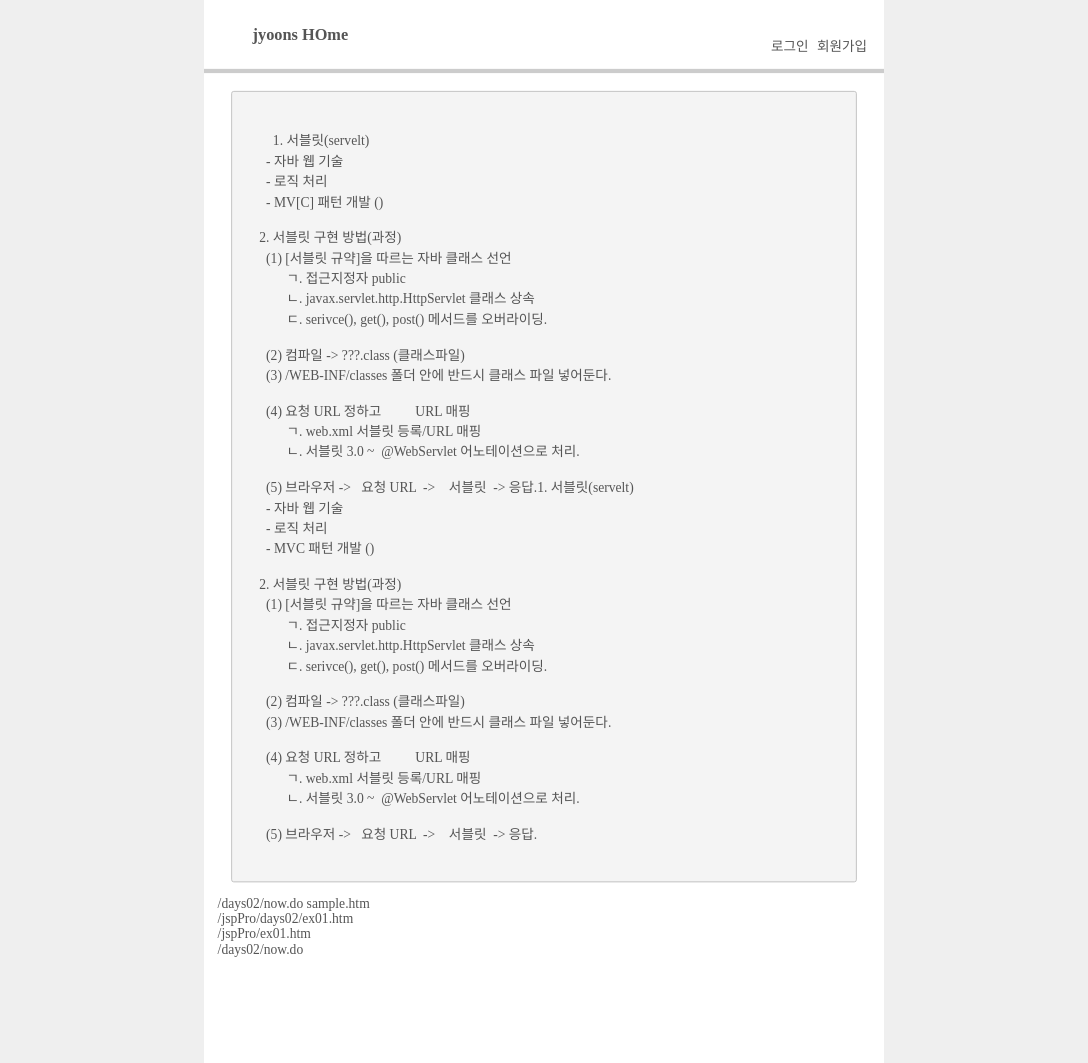
Repository: jyoons00/JSP-sample
Page: http://localhost/jspPro/days02/ex03.jsp
These files come from the project's save history. The page is drawn as it stood at one moment and after the next save; the edit follows.
The browser window is 1280 px wide. The pictures show the whole page, at 85% of full size.
Some web fonts or font styles are not loaded; a fallback is used. The page is served by Tomcat 9.

Above is the page before, as saved 2024-10-16 07:24:44.

After the next save:
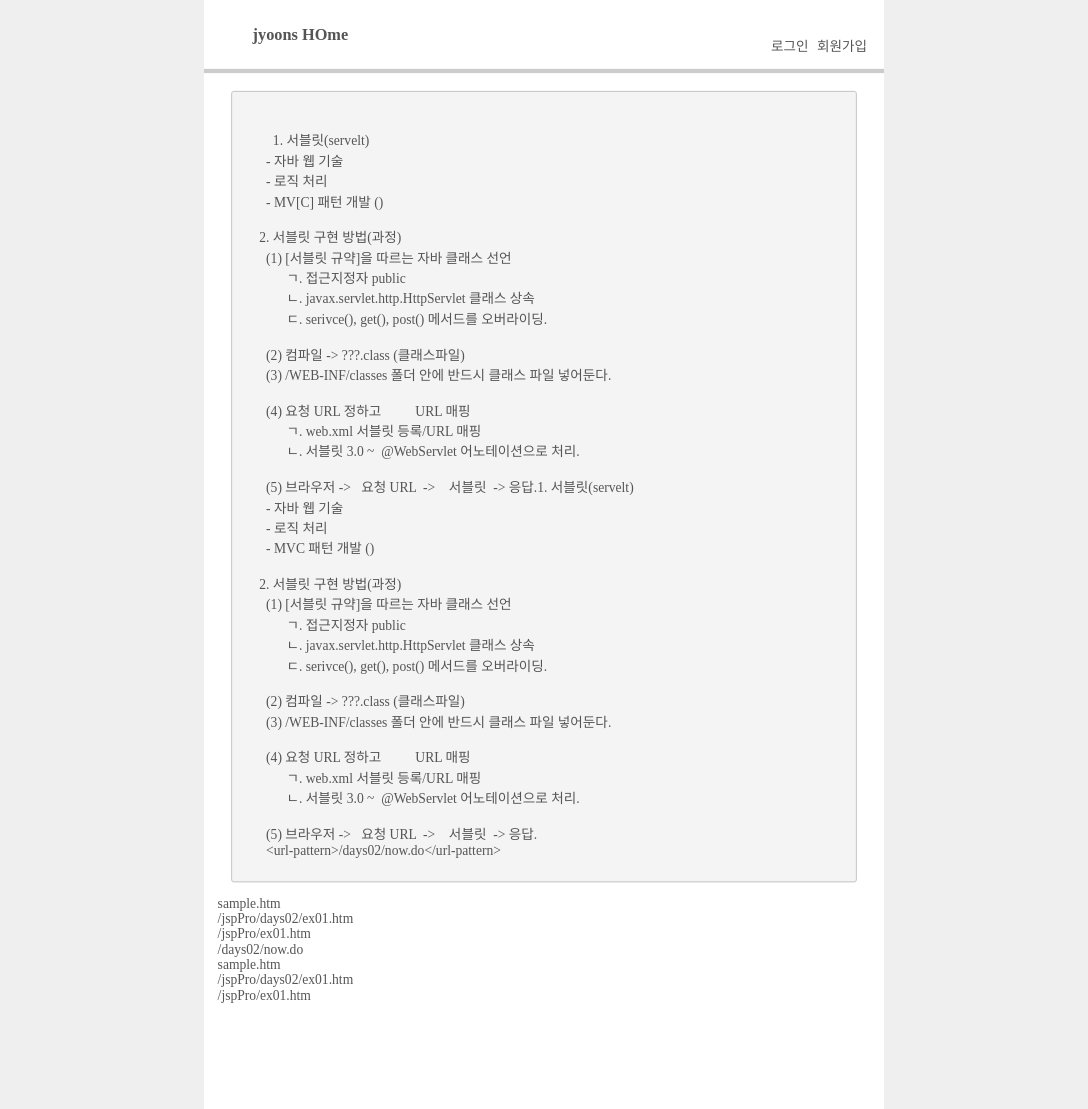
Saved 116 s later.
--- a/jspPro/src/main/webapp/days02/ex03.jsp
+++ b/jspPro/src/main/webapp/days02/ex03.jsp
@@ -72,13 +72,19 @@
             ㄴ. 서블릿 3.0 ~  @WebServlet 어노테이션으로 처리.
 
       (5) 브라우저 ->   요청 URL  ->    서블릿  -> 응답.
+      <url-pattern>/days02/now.do</url-pattern>
+  	  </xmp>
 
-  	  </xmp>
-  	  /days02/now.do
   	  <a href="sample.htm">sample.htm</a><br>
   	  <a href="/jspPro/days02/ex01.htm">/jspPro/days02/ex01.htm</a><br>
   	  <a href="/jspPro/ex01.htm">/jspPro/ex01.htm</a><br>
+
   	  <a href="/jspPro/days02/now.do">/days02/now.do</a><br>
+
+  	  <a href="/jspPro/test/days02.html">sample.htm</a><br>
+  	  <a href=" /test/days02.jsp">/jspPro/days02/ex01.htm</a><br>
+  	  <a href=" /jspPro/test/days02.jsp">/jspPro/ex01.htm</a><br>
+
 
     </div>
 
